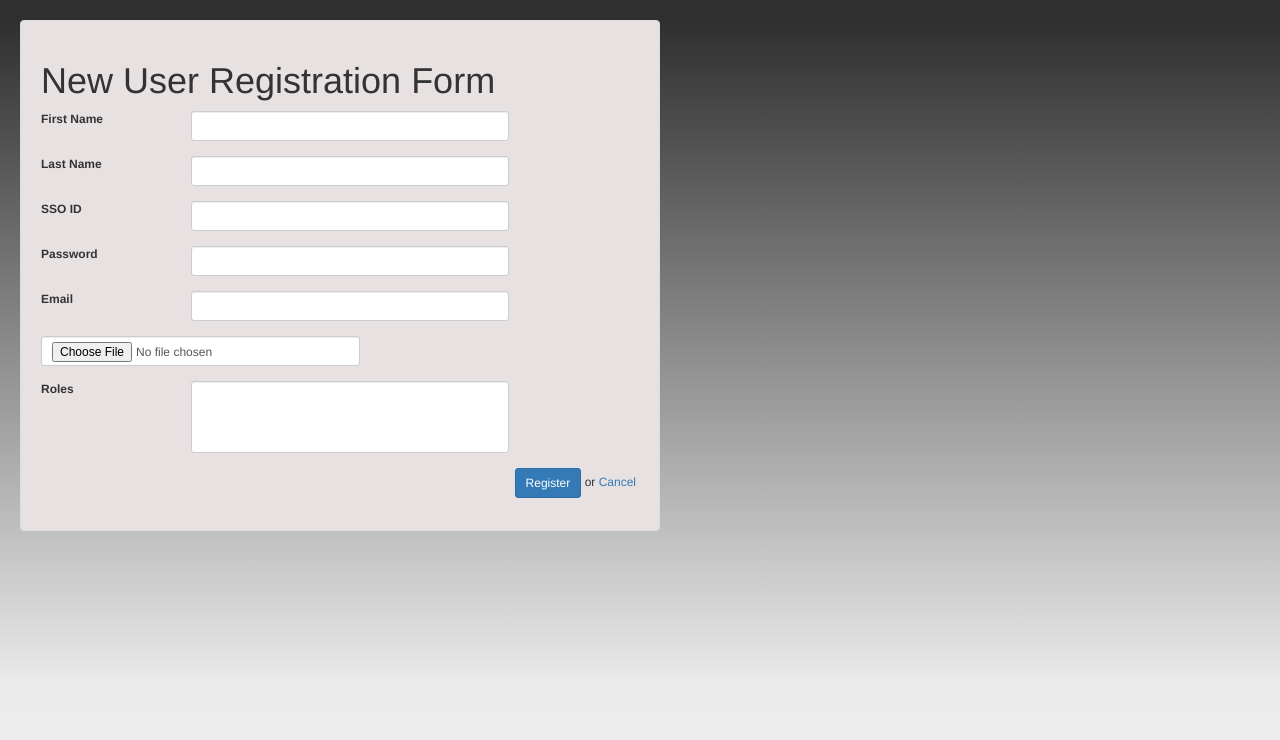
Repository: RenanChagas/Projektledelse
Page: http://localhost/Projektledelse/WEB-INF/views/newuser.jsp
These files come from the project's save history. The page is drawn as it stood at one moment and after the next save; the edit follows.
The browser window is 1280 px wide. The pictures show the whole page.
The page is served by Tomcat 9. Nobody is signed in. The template is opened directly, without the code that normally fills it, so the values that code supplies are empty.

Above is the page before, as saved 2016-01-01 22:25:28.

After the next save:
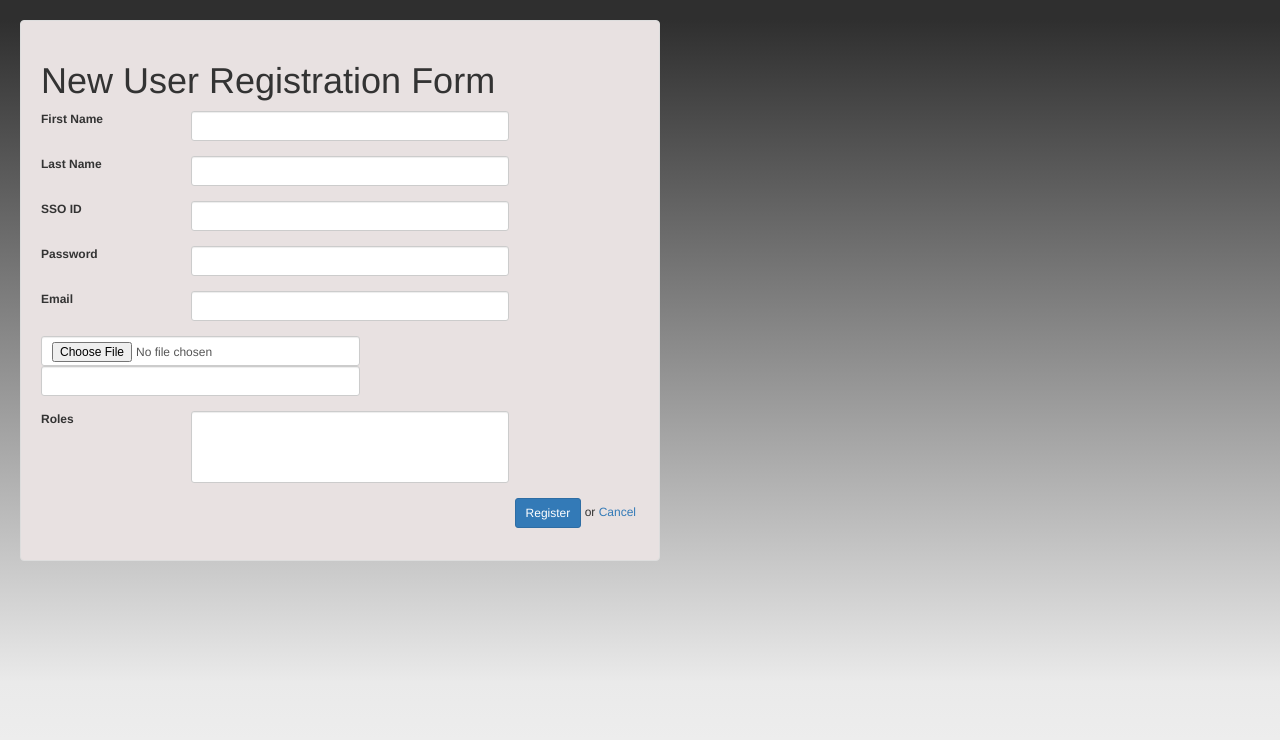
Saved 5 min 3 s later.
--- a/Projektledelse/src/main/webapp/WEB-INF/views/newuser.jsp
+++ b/Projektledelse/src/main/webapp/WEB-INF/views/newuser.jsp
@@ -98,7 +98,7 @@
 					<div class="has-error">
 						<form:errors path="image" class="help-inline"/>
 					</div>
-					<div id="avatar_desc"></div>
+					<form:input type="text"  id="avatar_desc" class="form-control input-sm"/>
 				</div>
 			</div>
 		</div>
